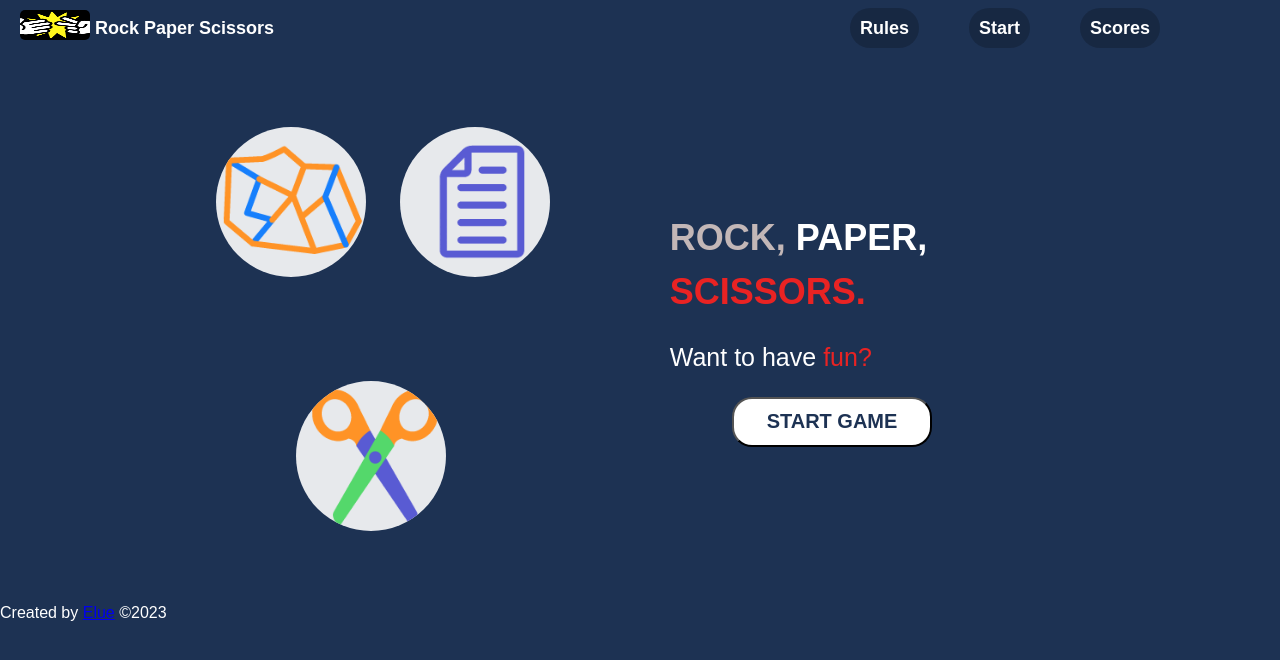
Repository: MikkyPrestige/rock-paper-scissors
Page: index.html
The author's editor kept a copy of each file at every save. The page is drawn from the files as they stood at one save, then again after the next save.
The browser window is 1280 px wide. The pictures show the whole page.

Above is the page before, as saved 2023-05-08 05:09:33.

After the next save:
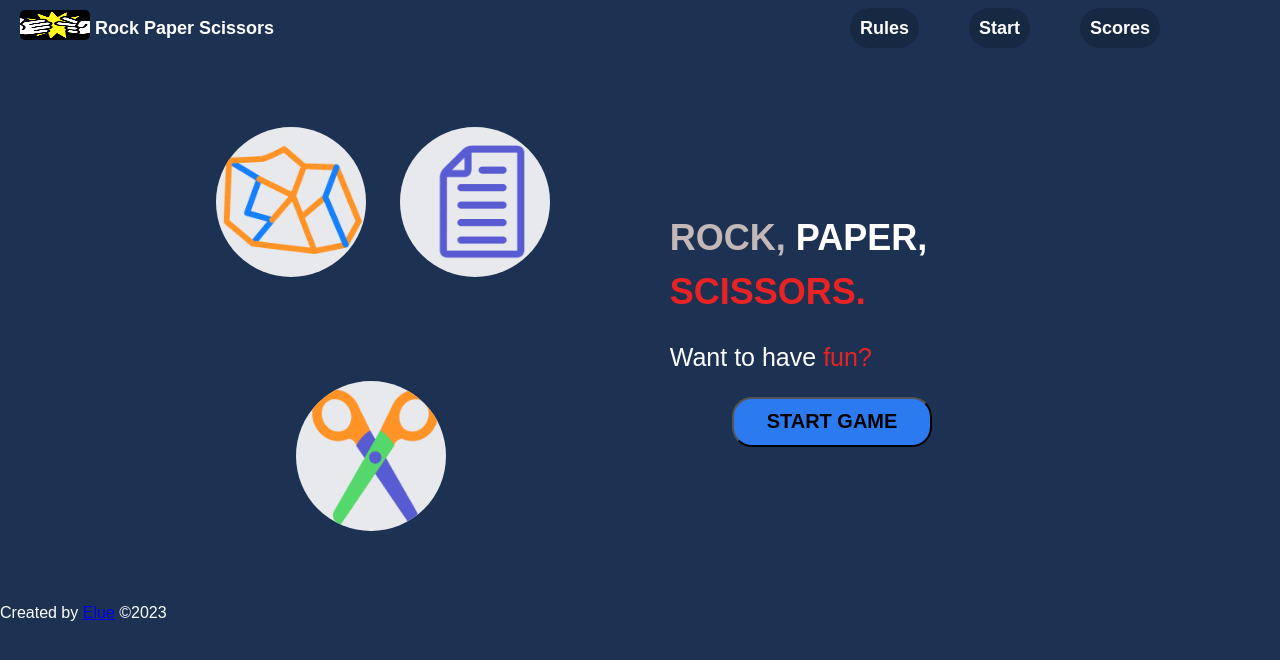
Saved 40 s later.
--- a/index.css
+++ b/index.css
@@ -173,7 +173,7 @@ li a:hover {
   gap: 1rem;
   width: 20rem;
   height: 5rem;
-  background: rgba(255, 255, 255, 1);
+  background: #2C7AF0;
   border-radius: 2rem;
   -webkit-border-radius: 2rem;
   -moz-border-radius: 2rem;
@@ -181,7 +181,6 @@ li a:hover {
   -o-border-radius: 2rem;
   font-size: 2rem;
   font-weight: 600;
-  color: rgba(29, 50, 83, 1);
   text-transform: uppercase;
   text-decoration: none;
 }
